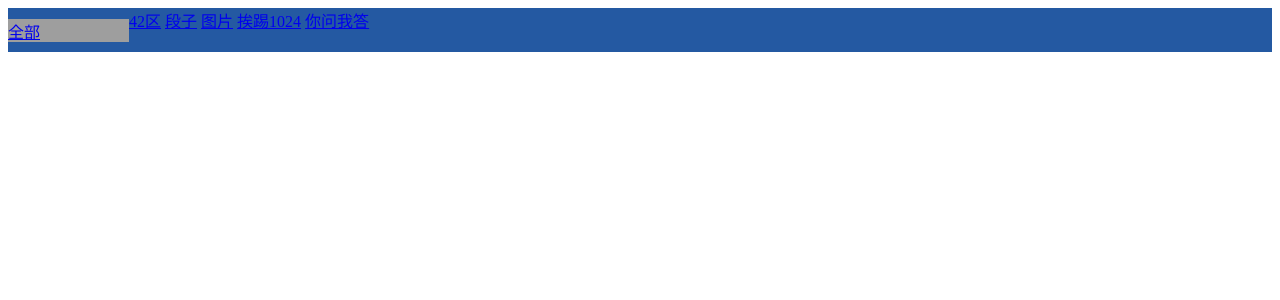
Repository: ZhaobaoJiang/workspace
Page: bbs/bbs/templates/index.html
An editor plug-in stored every save of this project. The page is shown before and after the next save, followed by the edit.
The browser window is 1280 px wide. The pictures show the whole page.
Pictures or frames that could not be fetched are drawn as grey boxes.

Above is the page before, as saved 2017-06-20 12:27:02.

After the next save:
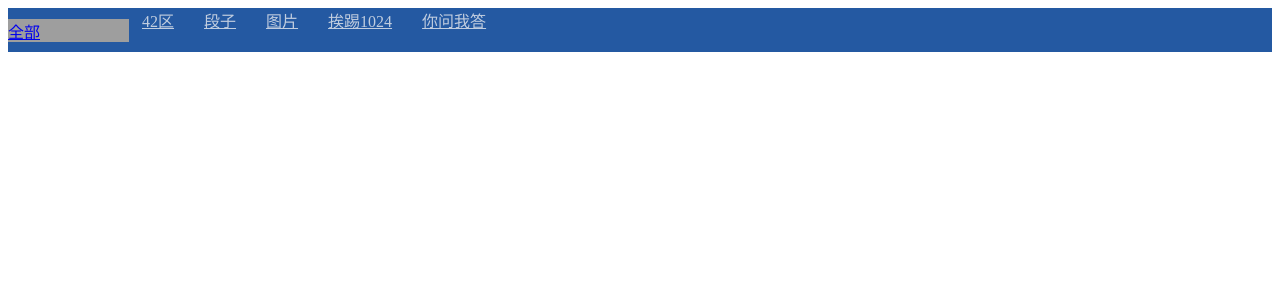
Saved 2 min 1 s later.
--- a/bbs/bbs/static/css/common.css
+++ b/bbs/bbs/static/css/common.css
@@ -14,3 +14,9 @@
 	float:left;
 	margin-top:11px;
 }
+.header-menu a.tb{
+	color:#c0cddf;
+	margin-left:-3px;
+	padding:0 13px 0 16px;
+	display:inline-block;
+}
